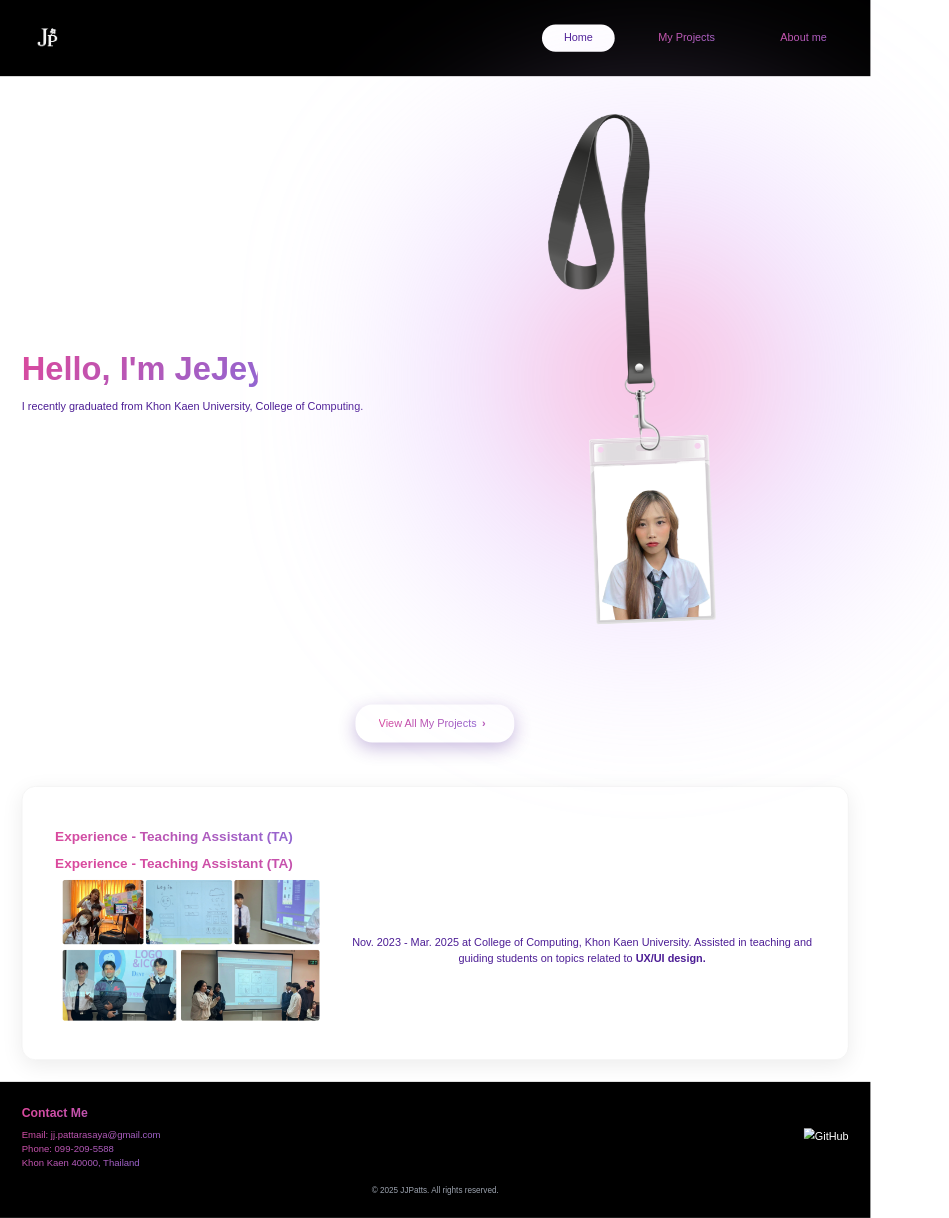
Repository: PattarasayaJJ/Portfolio-jjpatts
Page: /
An editor plug-in stored every save of this project. The page is shown before and after the next save, followed by the edit.
The browser window is 1280 px wide. The page is 1396 px wide, so the pictures cover 1396 px, including what lies to the right of the window. The pictures show the whole page, at 68% of full size.
The project was rebuilt for these pictures with package versions that can differ from the ones it lists, and the page was loaded fresh each time. Also part of the build but not shown: vite.config.js, vite.config.ts, src/header.css, src/components/Works.jsx, src/components/Aboutme.jsx.

Above is the page before, as saved 2025-08-03 23:42:12.

### index.html
<!doctype html>
<html lang="en">
  <head>
    <meta charset="UTF-8" />
    <link rel="icon" type="image/svg+xml" href="/JPtab.png" />
    <meta name="viewport" content="width=device-width, initial-scale=1.0" />
    <title>JJPatts Portfolio</title>
  </head>
  <body>
    <div id="root"></div>
    <script type="module" src="/src/index.jsx"></script>
  </body>
</html>

### src/index.css
@import 'tailwindcss/base';
@import 'tailwindcss/components';
@import 'tailwindcss/utilities';
@import url('https://fonts.googleapis.com/css2?family=Kanit:wght@400;700&display=swap');

*{
   font-family: 'Kanit', sans-serif;

}

### src/App.jsx
import React from 'react';
import { BrowserRouter as Router, Routes, Route } from 'react-router-dom';
import { Header } from './components/Header';
import { Hero } from './components/Hero';
import { Works } from './components/Works';
import { Aboutme } from './components/Aboutme' ;
import { Footer } from './components/Footer';
export function App() {
  return (
    <Router>
      <div className="w-full min-h-screen bg-white">
        <Header />
        <main className="w-full">
          <Routes>
            <Route path="/" element={<><Hero /> </>} />
            <Route path="/works" element={<><Works /></>}/>
            <Route path="/aboutme" element={<Aboutme />} />


          </Routes>
        </main>
        <Footer />

      </div>
    </Router>
  );
}

### src/components/Header.jsx
import React, { useState } from 'react';
import { Link, useLocation } from 'react-router-dom';
import { MenuIcon, XIcon } from 'lucide-react';
import '../header.css';

export function Header() {
  const [isMenuOpen, setIsMenuOpen] = useState(false);
  const location = useLocation();

  const isActive = (path) => location.pathname === path;

  return (
    <header className="w-full bg-black py-4 px-8 relative">
      <div className="max-w-7xl mx-auto flex justify-between items-center">
        <Link to="/">
          <div className="flex items-center">
            <img src="/JP.png" alt="logo" className="w-20" />
          </div>
        </Link>

        <nav className="hidden md:flex space-x-8">
          <Link
            to="/"
            className={`font-medium px-8 py-2 rounded-full ${
              isActive('/') ? 'bg-white text-purple-600' : 'gradient-text'
            }`}
            style={isActive('/') ? { color: '#4c1d95' } : {}}
          >
            Home
          </Link>
          <Link
            to="/works"
            className={`font-medium px-8 py-2 rounded-full ${
              isActive('/works') ? 'bg-white text-purple-600' : 'gradient-text'
            }`}
            style={isActive('/works') ? { color: '#4c1d95' } : {}}
          >
            My Projects
          </Link>
          <Link
            to="/aboutme"
            className={`font-medium px-8 py-2 rounded-full ${
              isActive('/aboutme') ? 'bg-white text-purple-600' : 'gradient-text'
            }`}
            style={isActive('/aboutme') ? { color: '#4c1d95' } : {}}
          >
            About me
          </Link>
        </nav>

        <button className="md:hidden text-white" onClick={() => setIsMenuOpen(!isMenuOpen)}>
          {isMenuOpen ? <XIcon size={24} /> : <MenuIcon size={24} />}
        </button>
      </div>

      <div
        className={`
          fixed top-0 right-0 w-64 h-full bg-black z-50 transform transition-transform duration-300 ease-in-out
          ${isMenuOpen ? 'translate-x-0' : 'translate-x-full'}
          md:hidden
        `}
      >
        <div className="p-6">
          <button className="text-white mb-8" onClick={() => setIsMenuOpen(false)}>
            <XIcon size={24} />
          </button>
          <nav className="flex flex-col space-y-6">
            <Link
              to="/"
              className={`font-medium px-6 py-2 rounded-full block text-center ${
                isActive('/') ? 'bg-white text-purple-600' : 'gradient-text'
              }`}
              style={isActive('/') ? { color: '#4c1d95' } : {}}
              onClick={() => setIsMenuOpen(false)}
            >
              Home
            </Link>
            <Link
              to="/works"
              className={`font-medium px-6 py-2 rounded-full block text-center ${
                isActive('/works') ? 'bg-white text-purple-600' : 'gradient-text'
              }`}
              style={isActive('/works') ? { color: '#4c1d95' } : {}}
              onClick={() => setIsMenuOpen(false)}
            >
              My Projects
            </Link>
            <Link
              to="/aboutme"
              className={`font-medium px-6 py-2 rounded-full block text-center ${
                isActive('/aboutme') ? 'bg-white text-purple-600' : 'gradient-text'
              }`}
              style={isActive('/aboutme') ? { color: '#4c1d95' } : {}}
              onClick={() => setIsMenuOpen(false)}
            >
              About me
            </Link>
          </nav>
        </div>
      </div>

      {isMenuOpen && (
        <div
          className="fixed inset-0 bg-black bg-opacity-50 z-40 md:hidden"
          onClick={() => setIsMenuOpen(false)}
        />
      )}
    </header>
  );
}

### src/components/Hero.jsx
import React from 'react';
import '../hero.css';
import { Link } from 'react-router-dom';

export const Hero = () => {
  return (
    <>
      <section className="hero-section">
        <div className="hero-container">
          <div className="hero-left">
            <div className="hero-text-box">
              <span className="hero-name typing gradient-text">Hello, I'm JeJey.</span>
              <p className="hero-quote">
                I recently graduated from Khon Kaen University, College of Computing.
              </p>
            </div>


          </div>

          <div className="hero-left">
            <div className="hero-image-wrapper">
              <img
                src="/card1.png"
                alt="Portfolio character illustration"
                className="hero-main-image"
              />
            </div>
          </div>
        </div>

         <Link
              to="/works"
              className="moreproject"
              onClick={() => window.scrollTo({ top: 0, behavior: 'instant' })}
            >
              <span className="gradient-text">View All My Projects</span>
              <span className="arrow-icon gradient-text">›</span>
            </Link>
      </section>

      <section className="hero-section">
        <div className="final-project-card-ex">

          <div className="final-project-text">
           <div className="project-title-container">
    <div className="project-title-text">Experience - Teaching Assistant (TA)</div>
  </div>
</div>

    <p className="project-title-text"> Experience - Teaching Assistant (TA)</p>

          <div className="final-project-content">
            <div className="final">
              <img
                src="/ta.png"
                alt="TA Presentation"
                className="bottom-image"
              />
            </div>
            <p className="bottom-caption">
              Nov. 2023 - Mar. 2025 at College of Computing, Khon Kaen University.
              Assisted in teaching and guiding students on topics related to{' '}
              <span className="uxui">UX/UI design.</span>
            </p>
          </div>
        </div>
      </section>
    </>
  );
};

### src/components/Footer.jsx
import React from 'react';

export function Footer() {
  return (
    <footer className="w-full bg-black text-white py-8 px-8">
  <div className="max-w-7xl mx-auto flex flex-col md:flex-row justify-between items-center space-y-6 md:space-y-0">

        <div className="text-center md:text-left gradient-text ">
          <h2 className="text-lg font-semibold">Contact Me</h2>
          <p className="text-sm mt-2">Email: jj.pattarasaya@gmail.com</p>
          <p className="text-sm">Phone: 099-209-5588</p>
          <p className="text-sm">Khon Kaen 40000, Thailand</p>

        </div>

        <div className="flex space-x-4 ">
        <a href="https://github.com/PattarasayaJJ" target="_blank" rel="noopener noreferrer">
        <img src="https://github.githubassets.com/favicons/favicon.png" alt="GitHub" />

  </a>

        </div>
      </div>

      <div className="text-center text-xs text-gray-400 mt-6 ">
        © {new Date().getFullYear()} JJPatts. All rights reserved.
      </div>
    </footer>
  );
}

### src/hero.css
.hero-section {
  max-width: 80rem;
    margin: 0 auto;
    padding: 2rem;
}

.hero-container {
  max-width: 80rem;
  margin: 0 auto;
  display: flex;
  flex-direction: column;
  gap: 2rem;
  justify-content: space-between;
  align-items: center;
}

.hero-image-wrapper {
  position: relative;
  z-index: 10;
  overflow: visible;
}

.moreproject {
  width: fit-content;
  height: 3.5rem;
  border-radius: 25px;
  display: flex;
  align-items: center;
  justify-content: center;
  font-size: 1rem;
  cursor: pointer;
  transition: all 0.3s ease;
  text-decoration: none;
  margin: 4rem auto 0;
  box-shadow: 0 8px 25px rgba(76, 29, 149, 0.3);
  padding: 0 2rem;
  border: 2px solid transparent;
  position: relative;
  overflow: hidden;
  animation: pulseMove 2s ease-in-out infinite;
}

@keyframes pulseMove {
  0%, 100% {
    transform: scale(1);
  }
  50% {
    transform: scale(1.05);
  }
}


.moreproject:hover {
  background-color: black;
  transform: scale(1.08);
}

.arrow-icon {
  padding: 0.5rem;
  font-weight: bold;
}

@keyframes gradientShift {
  0% {
    background: radial-gradient(
      circle at center,
      rgba(244, 114, 182, 0.5),
      rgba(216, 180, 255, 0.3),
      transparent 70%
    );
  }
  50% {
    background: radial-gradient(
      circle at center,
      rgba(129, 140, 248, 0.5),
      rgba(216, 180, 255, 0.4),
      transparent 70%
    );
  }
  100% {
    background: radial-gradient(
      circle at center,
      rgba(244, 114, 182, 0.5),
      rgba(216, 180, 255, 0.3),
      transparent 70%
    );
  }
}


.hero-image-wrapper::before {
  content: "";
  position: absolute;
  top: 50%;
  left: 50%;
  width: 150%;
  height: 150%;
  transform: translate(-50%, -50%);
  filter: blur(80px);
  z-index: 5;
  pointer-events: none;
  animation: gradientShift 5s ease-in-out infinite;
}



.hero-left {
  position: relative;
  width: 100%;
}



@media (min-width: 768px) {

  .hero-container {
    flex-direction: row;
  }
  .hero-left {
    width: 50%;
  }
  .final-project-card-ex {
   background: #ffffff;
  border-radius: 20px;
  padding: 3rem;
  box-shadow: 0 8px 32px rgba(0, 0, 0, 0.08);
  border: 1px solid #f0f0f0;
  display: flex;
  flex-direction: column;

}
  .hero-right {
    width: 50%;
    text-align: right;
  }
}





.hero-text-box {
  color: #4c1d95;

}



.hero-quote {
  font-size: 1rem;
  margin-bottom: 1rem;

}

.hero-name {
  font-weight: 700;
  margin-top: 1rem;


}




@keyframes swingImage {
  0% {
    transform: rotate(0deg);
  }
  25% {
    transform: rotate(-3deg);
  }
  50% {
    transform: rotate(0deg);
  }
  75% {
    transform: rotate(3deg);
  }
  100% {
    transform: rotate(0deg);
  }
}

.hero-main-image {
  width: 100%;
  max-width: 28rem;
  margin: 0 auto;
  position: relative;
  z-index: 20;
  animation: swingImage 5s ease-in-out infinite;
  transform-origin:center;
}

.final-project-content {
  display: flex;
  align-items: center;
  gap: 2rem;
}

.final {
  flex-shrink: 0;
}

.bottom-caption {
  flex: 1;
  text-align: left;
}

.project-title-text {
  margin-top: 10px;
  background: linear-gradient(135deg, #DD489B, #9067D3);
  -webkit-background-clip: text;
  -webkit-text-fill-color: transparent;
  background-clip: text;
  display: inline-block;
  font-size: 1.25rem;
}




@media (max-width: 767px) {
  .hero-image-wrapper::before {
    width: 100%;
    height: 100%;
    filter: blur(60px);
  }
  .hero-main-image {
    width: 90%;
    max-width: 20rem;
  }

  .hero-text-box {
    max-width: 100%;
    margin-left: 0;
    padding: 0 1rem;
  }
  .hero-quote {
    font-size: 1rem;

  }

  .bottom-caption {
    font-size: 1rem;
    color: #4c1d95;
    align-self: center;
    text-align: center;

  }
   .final-project-content {
    flex-direction: column;
    gap: 1.5rem;
  }

  .bottom-caption {
    text-align: center;
  }
  .uxui{
    font-size: 1rem;
    color: #4c1d95;
    text-align: center;
    line-height: 1.5;
    font-weight: bold;

  }
  .final-project-card-ex {
  background: #ffffff;
  border-radius: 20px;
  padding: 3rem;
  box-shadow: 0 8px 32px rgba(0, 0, 0, 0.08);
  border: 1px solid #f0f0f0;
  display: flex;
  flex-direction: column;
  }
  .interest{
    list-style: none;
    color: #4c1d95;

  }
  li{
    font-size: 1rem;
    color: #4d1d95a2;
    line-height: 1.8rem;

  }

}









  @media (min-width: 768px) {
    .bottom-image {
      width:400px;
      max-width: 700px;
      border-radius: 1rem;
    }


    .bottom-caption {
      font-size: 1rem;
      color: #4c1d95;
      align-self: center;
      text-align: center;

    }
    .uxui{
      font-size: 1rem;
      color: #4c1d95;
      text-align: center;
      line-height: 1.5;
      font-weight: bold;

    }
  }



  .hero-name{
    font-size: 3rem;
  }

  .typing {
    display: inline-block;
    overflow: hidden;
    white-space: nowrap;
    animation: typing 2s steps(13) forwards;
  }

  @keyframes typing {
    from { width: 0 }
    to { width: 13ch }
  }

### src/work.css
.projects-section {
  width: 100%;
  max-width: 1200px;
  margin: 0 auto;
  padding: 2rem 1rem;
  background-color: #ffffff;
}

.projects-container {
  max-width: 80rem;
  margin: 0 auto;
  display: flex;
  flex-direction: column;
  gap: 2rem;
}

.breadcrumb {
  margin-bottom: 2rem;
  font-size: 0.9rem;
  color: #666;
}

.breadcrumb-link {
  color: #666;
  text-decoration: none;
}

.breadcrumb-link:hover {
  color: #333;
}

.breadcrumb-separator {
  margin: 0 0.5rem;
}

.breadcrumb-current {
  color: #333;
  font-weight: 500;
}

.project-title-text {
  margin-top: 10px;
  background: linear-gradient(135deg, #DD489B, #9067D3);
  -webkit-background-clip: text;
  -webkit-text-fill-color: transparent;
  background-clip: text;
  display: inline-block;
  font-size: 1.25rem;
  font-weight: bold;
}

/* Project Card */
.project-card {
  background: #ffffff;
  border-radius: 20px;
  padding: 3rem;
  box-shadow: 0 8px 32px rgba(0, 0, 0, 0.08);
  border: 1px solid #f0f0f0;
  display: flex;
  flex-direction: column;
  gap: 2rem;
}

/* Project Images */
.project-images {
  display: flex;
  justify-content: center;
  gap: 2rem;
  margin-bottom: 1rem;
}

.project-images.single {
  justify-content: center;
}

/* Updated: Uniform image sizing */
.project-image {
  width: 400px;
  height: 300px;
  object-fit: contain;
  border-radius: 12px;
  box-shadow: 0 8px 24px rgba(0, 0, 0, 0.12);
  transition: transform 0.3s ease, box-shadow 0.3s ease;
}

.project-image:hover {
  transform: translateY(-4px);
  box-shadow: 0 12px 32px rgba(0, 0, 0, 0.16);
}

/* Project Content */
.project-content {
  display: flex;
  flex-direction: column;
  gap: 1rem;
}

.project-name {
  font-size: 1rem;
  line-height: 1.6;
  color: #4c1d95;
  margin: 0;
  text-align: left;
  width: 100%;
}

.highlight {
  font-weight: 700;
  color: #4c1d95;
}

/* Skills List */
.skills-list {
  display: flex;
  flex-wrap: wrap;
  gap: 0.75rem;
  margin-top: 1rem;
}

.skill-tag {
  background: linear-gradient(135deg, #e5d4ff, #f3e8ff);
  color: #6b46c1;
  padding: 0.5rem 1rem;
  border-radius: 20px;
  font-size: 0.875rem;
  font-weight: 500;
  border: 1px solid #e5d4ff;
  transition: all 0.3s ease;
}

.skill-tag:hover {
  background: linear-gradient(135deg, #ddd6fe, #e5d4ff);
  transform: translateY(-2px);
  box-shadow: 0 4px 12px rgba(107, 70, 193, 0.2);
}

/* Responsive Design */
@media (max-width: 1024px) {
  .project-images {
    gap: 1.5rem;
  }

  .project-image {
    width: 350px;
    height: 250px;
    object-fit: contain;
  }
}

@media (max-width: 768px) {
  .projects-section {
    padding: 1.5rem 1rem;
  }

  .project-card {
    padding: 2rem 1.5rem;
  }

  .project-images {
    flex-direction: column;
    align-items: center;
    gap: 1.5rem;
  }

  .project-image {
    width: 100%;
    max-width: 400px;
    height: 250px;
    object-fit: contain;
  }

  .project-title {
    font-size: 1.5rem;
  }

  .project-name {
    font-size: 1.1rem;
    text-align: left;
  }

  .skills-list {
    justify-content: flex-start;
  }
}

@media (max-width: 480px) {
  .project-card {
    padding: 1.5rem 1rem;
  }

  .project-name {
    font-size: 1rem;
  }

  .skill-tag {
    font-size: 0.75rem;
    padding: 0.4rem 0.8rem;
  }

  .project-image {
    width: 100%;
    max-width: 350px;
    height: 200px;
    object-fit: contain;
  }
}

### src/aboutme.css
.about-container {
  max-width: 1200px;
  margin: 0 auto;
  padding: 2rem 1rem;
  background-color: #ffffff;
}

.breadcrumb {
  margin-bottom: 1rem;
  font-size: 1rem;
  color: #4B5563;
  display: flex;
  align-items: center;
}

.breadcrumb-link {
  color: #4B5563;
  text-decoration: none;
}

.breadcrumb-link:hover {
  text-decoration: underline;
}


.breadcrumb-separator {
  margin: 0 0.5rem;
}

.breadcrumb-current {
  font-weight: bold;
  color: #4c1d95;
}

.about-content {
  display: grid;
  grid-template-columns: 1fr 2fr;
  gap: 3rem;
  align-items: start;
}

.profile-section {
  display: flex;
  flex-direction: column;
  gap: 2rem;
}

.profile-card {
  background: #ffffff;
  border-radius: 20px;
  padding: 1rem;
  box-shadow: 0 8px 32px rgba(0, 0, 0, 0.08);
  border: 1px solid #f0f0f0;
  text-align: center;
}

.avatar-container {
  display: flex;
  flex-direction: column;
  align-items: center;
}

.avatar-wrapper {
  width: 200px;
  height: 200px;
  transition: transform 0.3s ease;
}

.avatar-wrapper:hover {
  transform: scale(1.05);
}

.avatar-img {
  width: 100%;
  height: 100%;
  object-fit: contain;
}

.profile-name {
  font-size: 1.5rem;
  color: #4c1d95;
  margin: 0;
}

.profile-title {
  font-size: 1rem;
  color: #6b46c1;
  margin: 0;
}

.email {
  font-size: 1rem;
  color: #6b7280;
  margin-bottom: 10px;
}

.social-icons {
  display: flex;
  justify-content: center;
  gap: 1rem;
}

.social-link {
  display: flex;
  align-items: center;
  justify-content: center;
  width: 40px;
  height: 40px;
  box-shadow: 0 8px 32px rgba(0, 0, 0, 0.08);
  border-radius: 50%;
  transition: all 0.3s ease;
}

.social-link:hover {
  transform: translateY(-2px);
  box-shadow: 0 4px 12px rgba(107, 70, 193, 0.3);
}

.social-icons img {
  width: 20px;
  height: 20px;
}

.education-card {
  background: #ffffff;
  border-radius: 20px;
  padding: 2rem;
  box-shadow: 0 8px 32px rgba(0, 0, 0, 0.08);
  border: 1px solid #f0f0f0;
}

.education-content {
  margin-top: 1rem;
}

.degree {
  font-size: 1rem;
  color: #4c1d95;
  margin: 0 0 0.5rem 0;
}

.university {
  font-size: 1rem;
  color: #4c1d95;
  margin: 0 0 0.25rem 0;
}

.graduation {
  font-size: 0.9rem;
  color: #6b7280;
  margin: 0;
}

.skills-section {
  display: flex;
  flex-direction: column;
}

.skills-grid {
  display: grid;
  grid-template-columns: 1fr;
  gap: 2rem;
}

.skill-category {
  background: #ffffff;
  border-radius: 20px;
  padding: 2rem;
  box-shadow: 0 8px 32px rgba(0, 0, 0, 0.08);
  border: 1px solid #f0f0f0;
  border-left: 5px solid #ffdff3;
}

.section-title,
.category-title {
  font-size: 1rem;
  margin: 0 0 1.5rem 0;
  display: flex;
  align-items: center;
}

.gradient-text {
  background: linear-gradient(135deg, #DD489B, #9067D3);
  -webkit-background-clip: text;
  -webkit-text-fill-color: transparent;
  background-clip: text;
}

.skills-list {
  display: flex;
  flex-wrap: wrap;
  gap: 0.75rem;
}

.skill-tag {
  background: linear-gradient(135deg, #e5d4ff, #f3e8ff);
  color: #6b46c1;
  padding: 0.5rem 1rem;
  border-radius: 20px;
  font-size: 0.8rem;
  border: 1px solid #e5d4ff;
  transition: all 0.3s ease;
  cursor: default;
}

.skill-tag:hover {
  background: linear-gradient(135deg, #ddd6fe, #e5d4ff);
  transform: translateY(-2px);
  box-shadow: 0 4px 12px rgba(107, 70, 193, 0.2);
}

@media (max-width: 1024px) {
  .about-content {
    grid-template-columns: 1fr;
    gap: 2rem;
  }

  .skills-grid {
    grid-template-columns: repeat(2, 1fr);
  }
}

@media (max-width: 768px) {
  .about-container {
    padding: 1.5rem 1rem;
  }

  .about-content {
    gap: 1.5rem;
  }

  .skills-grid {
    grid-template-columns: 1fr;
    gap: 1.5rem;
  }

  .profile-card,
  .education-card,
  .skill-category {
    padding: 1.5rem;
  }

  .avatar-wrapper {
    width: 150px;
    height: 150px;
  }

  .profile-name {
    font-size: 1.25rem;
  }

  .profile-title {
    font-size: 0.9rem;
  }

  .section-title,
  .category-title {
    font-size: 1.1rem;
  }

  .skill-tag {
    font-size: 0.8rem;
    padding: 0.4rem 0.8rem;
  }
}

@media (max-width: 480px) {

  .profile-card,
  .education-card,
  .skill-category {
    padding: 1.25rem;
  }

  .avatar-wrapper {
    width: 120px;
    height: 120px;
  }

  .profile-name {
    font-size: 1rem;
  }

  .skills-list {
    gap: 0.5rem;
  }

  .skill-tag {
    font-size: 0.75rem;
    padding: 0.35rem 0.7rem;
  }
}

Loaded but not shown: src/index.jsx (common file); tailwind.config.js (common file)

After the next save:
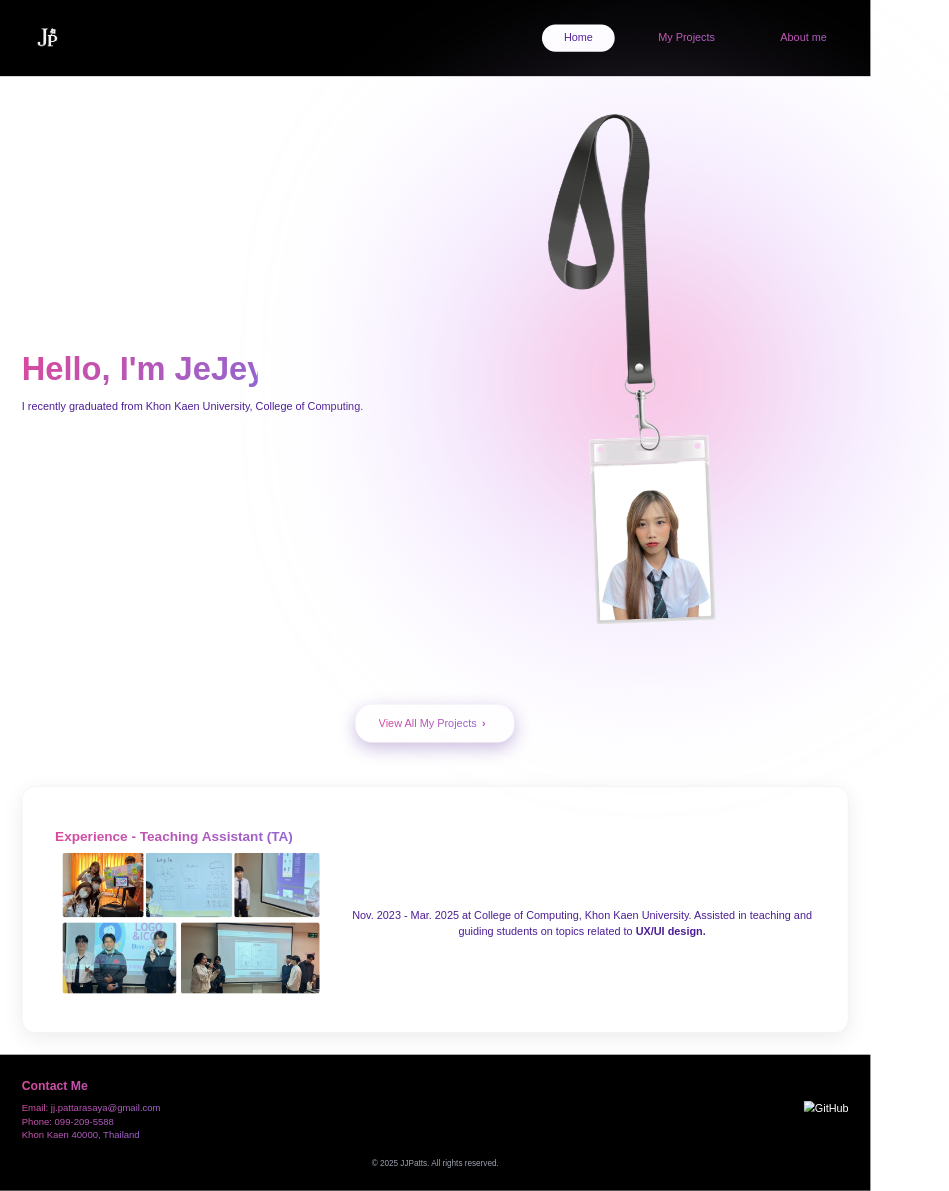
Saved 9 s later.
--- a/src/components/Hero.jsx
+++ b/src/components/Hero.jsx
@@ -48,7 +48,6 @@ export const Hero = () => {
   </div>
 </div>
 
-    <p className="project-title-text"> Experience - Teaching Assistant (TA)</p>
 
           <div className="final-project-content">
             <div className="final">
